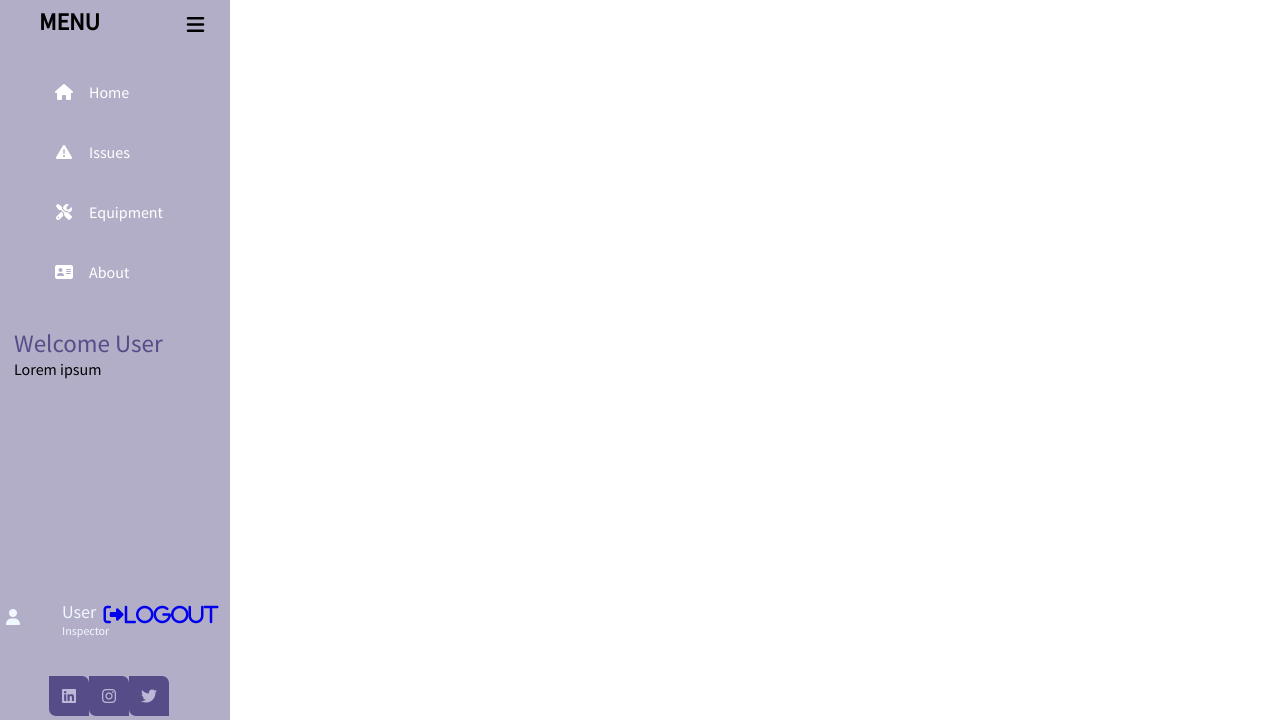
Repository: Lungdjos/ZescoIssueTS
Page: zits/src/main/resources/templates/about_us.html
An editor plug-in stored every save of this project. The page is shown before and after the next save, followed by the edit.
The browser window is 1280 px wide. The pictures show the whole page.
Some web libraries are served in a nearby version.

Above is the page before, as saved 2021-07-10 04:31:21.

After the next save:
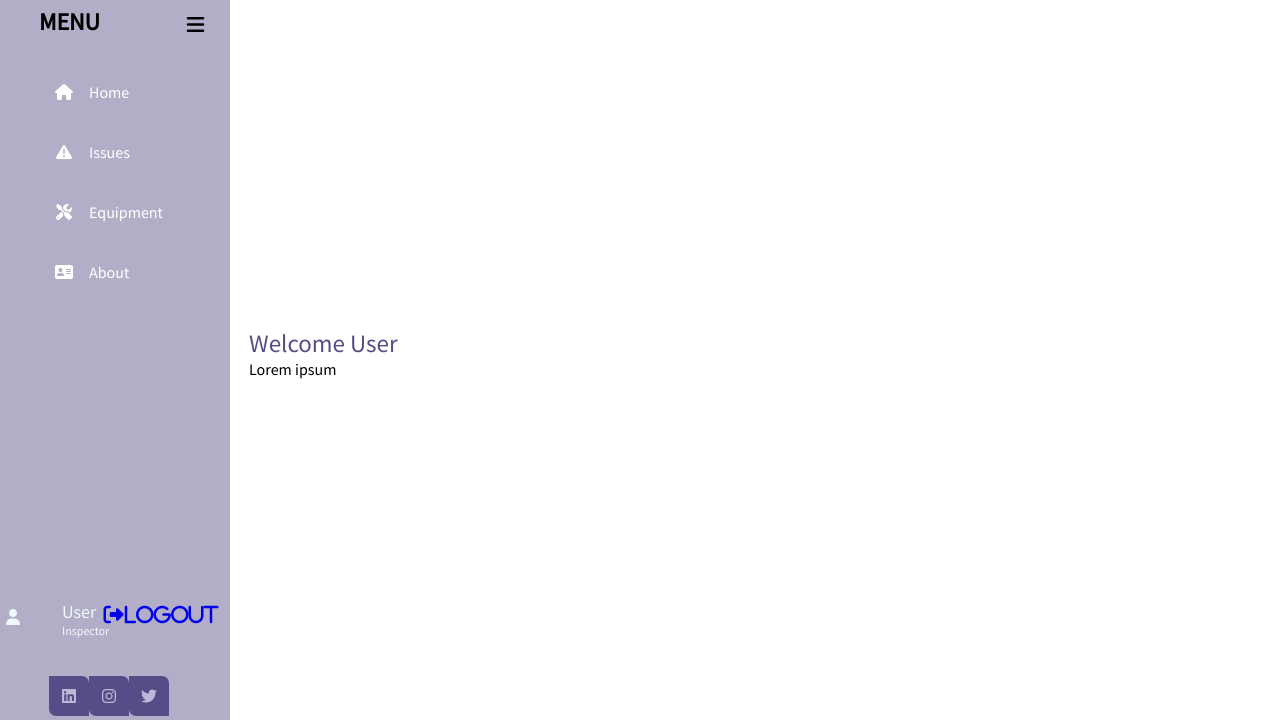
Saved 4 s later.
--- a/zits/src/main/resources/templates/css/styles.css
+++ b/zits/src/main/resources/templates/css/styles.css
@@ -171,7 +171,8 @@
 
 .main_content {
     top: 0;
-    position: relative width: calc(100%-235);
+    position: relative;
+    width: calc(100%-235);
     left: 235px;
 }
 

After the save that followed:
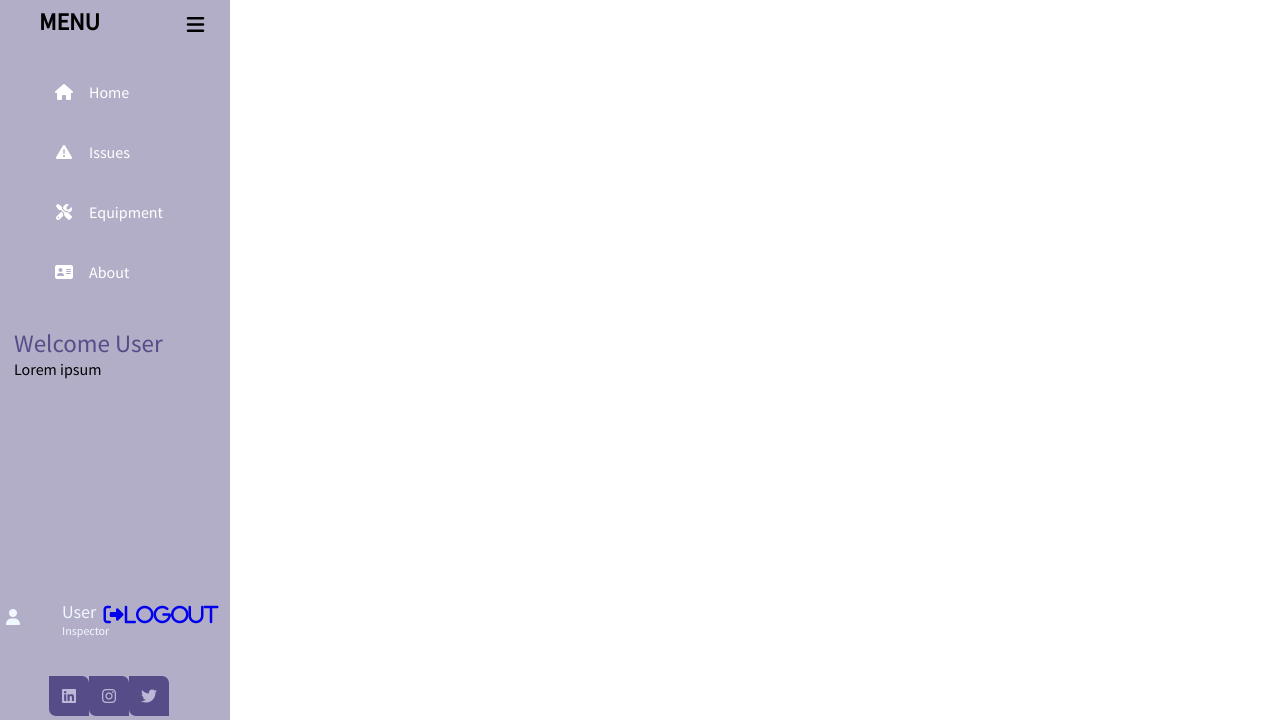
Saved 13 s later.
--- a/zits/src/main/resources/templates/css/styles.css
+++ b/zits/src/main/resources/templates/css/styles.css
@@ -171,8 +171,7 @@
 
 .main_content {
     top: 0;
-    position: relative;
-    width: calc(100%-235);
+    position: width: calc(100%-235);
     left: 235px;
 }
 
